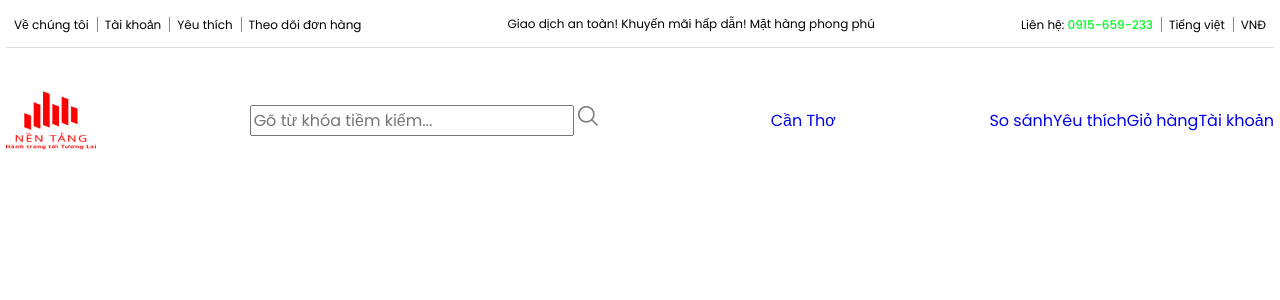
Repository: DucNghia2004/project_pro_01
Page: index.html
The author's editor kept a copy of each file at every save. The page is drawn from the files as they stood at one save, then again after the next save.
The browser window is 1280 px wide. The pictures show the whole page.

Above is the page before, as saved 2024-05-30 21:22:14.

After the next save:
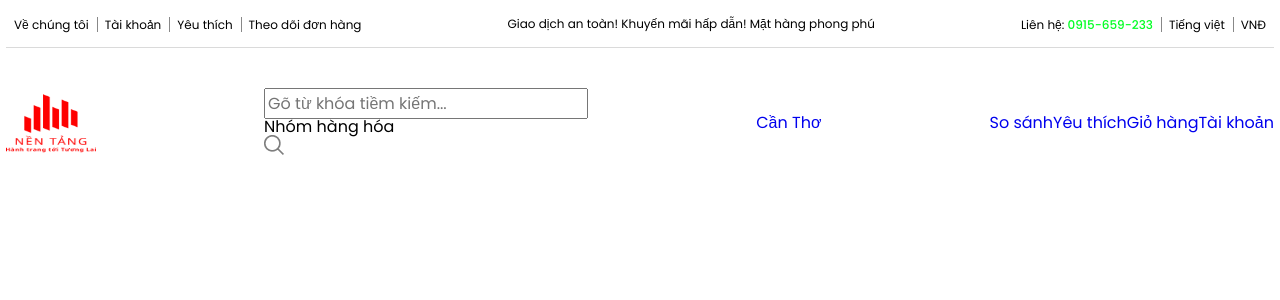
Saved 32 s later.
--- a/index.html
+++ b/index.html
@@ -88,6 +88,7 @@
                             class="search-form__input"
                             placeholder="Gõ từ khóa tiềm kiếm..."
                         />
+                        <p>Nhóm hàng hóa</p>
                         <img
                             src="./shop_organic/shop_organic/theme/icons/search.png"
                             alt=""
